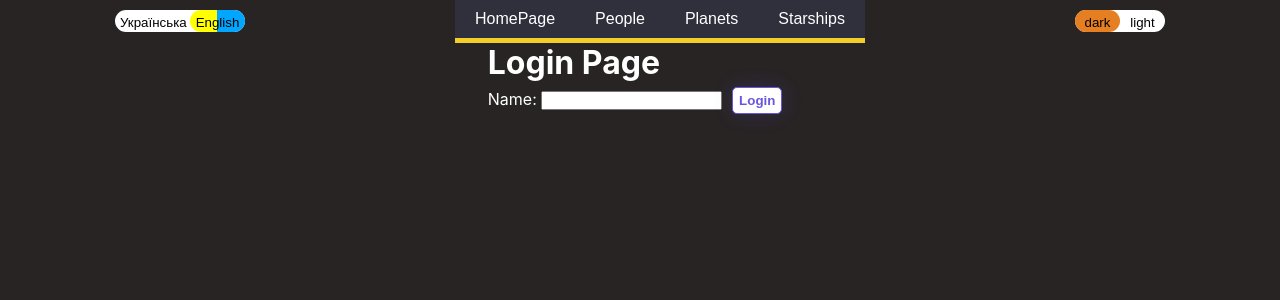
Repository: Novoselets28/star-wars-hooks
Page: /
These files come from the project's save history. The page is drawn as it stood at one moment and after the next save; the edit follows.
The browser window is 1280 px wide. The pictures show the whole page.
The project was rebuilt for these pictures with package versions that can differ from the ones it lists, and the page was loaded fresh each time. Also part of the build but not shown: src/components/HomePage.jsx, src/components/People/CurrentPeople.jsx, src/components/People/PeopleList.jsx, src/components/People/People.jsx, src/components/Planets/CurrentPlanet.jsx, src/components/Planets/PlanetsList.jsx, src/components/Planets/Planets.jsx, src/components/Starships/CurrentStarship.jsx and 4 more.

Above is the page before, as saved 2023-03-27 21:39:16.

After the next save:
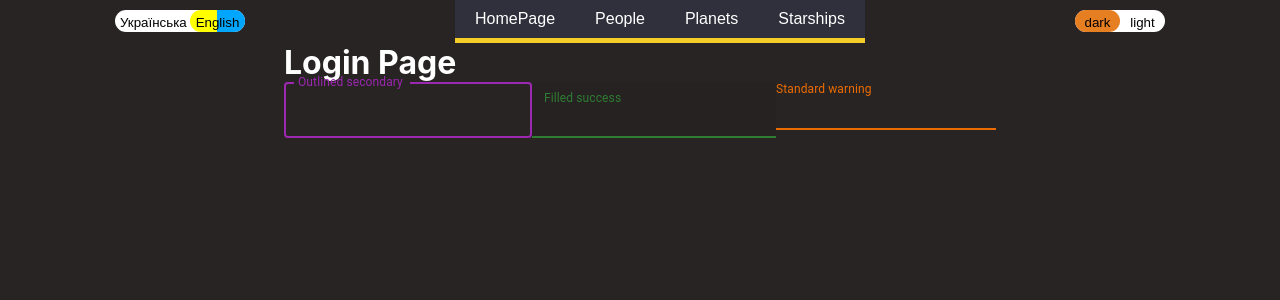
Saved 9 min 59 s later.
--- a/src/components/LoginPage.jsx
+++ b/src/components/LoginPage.jsx
@@ -1,3 +1,4 @@
+import { TextField } from "@mui/material";
 import { useContext } from "react";
 import { useLocation, useNavigate } from "react-router-dom";
 import { LanguageContext } from "../App";
@@ -24,12 +25,20 @@ const LoginPage = () => {
   return (
     <div>
       <h1>{language === 'ukr' ? 'Сторінка входу' : 'Login Page'}</h1>
-      <form onSubmit={handleSubmit}>
+      {/* <form onSubmit={handleSubmit}>
         <label>
           {language === 'ukr' ? 'Імʼя' : 'Name'}: <input name="username"/>
         </label>
         <button type="submit">Login</button>
-      </form>
+      </form> */}
+      <TextField label="Outlined secondary" color="secondary" focused />
+        <TextField label="Filled success" variant="filled" color="success" focused />
+        <TextField
+          label="Standard warning"
+          variant="standard"
+          color="warning"
+          focused
+        />
     </div>
   )
 };
